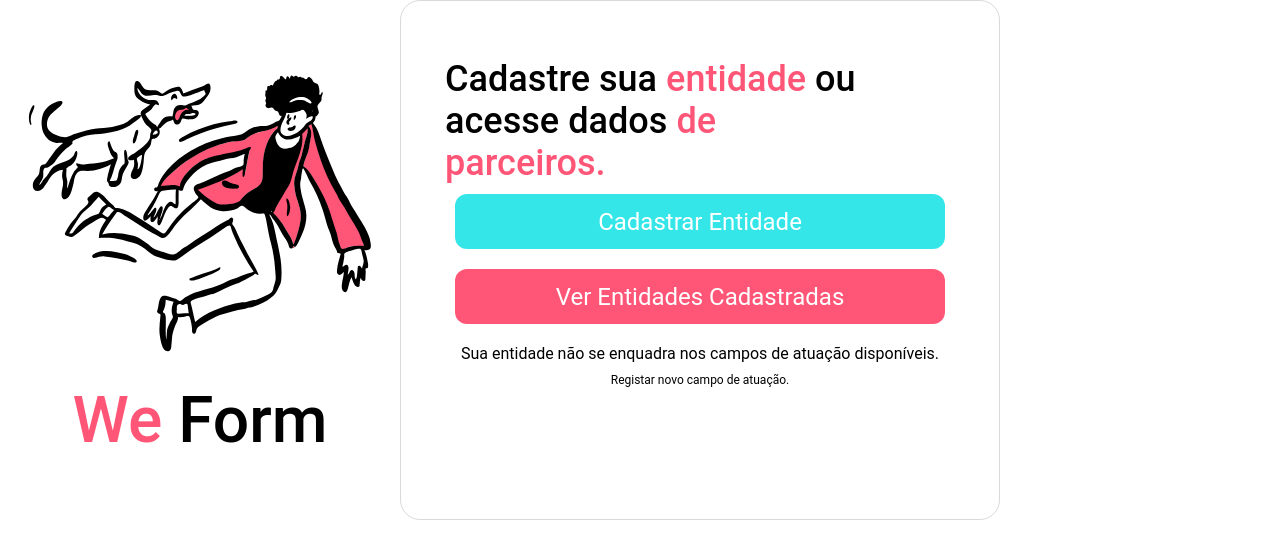
Repository: guilhermecardoso93/we-form
Page: index.html
The author's editor kept a copy of each file at every save. The page is drawn from the files as they stood at one save, then again after the next save.
The browser window is 1280 px wide. The pictures show the whole page.

Above is the page before, as saved 2024-06-09 17:36:01.

After the next save:
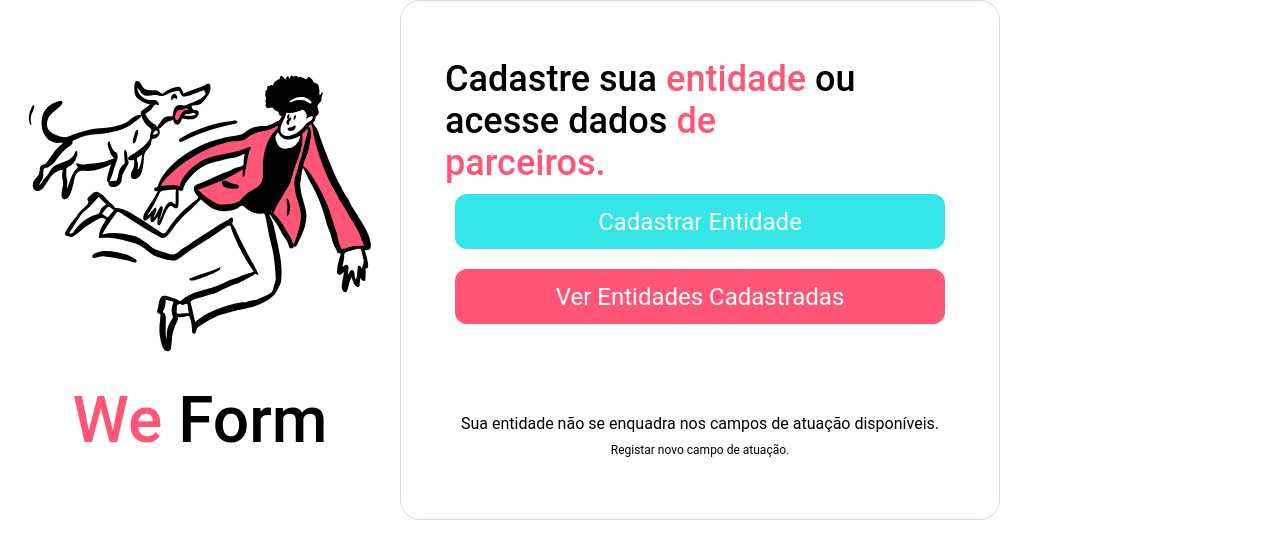
Saved 9 s later.
--- a/styles.css
+++ b/styles.css
@@ -96,7 +96,7 @@ main h2 {
 
 .footer p {
   font-size: 1.6rem;
-  margin-top: 1rem;
+  margin-top: 8rem;
 }
 
 .footer a {
